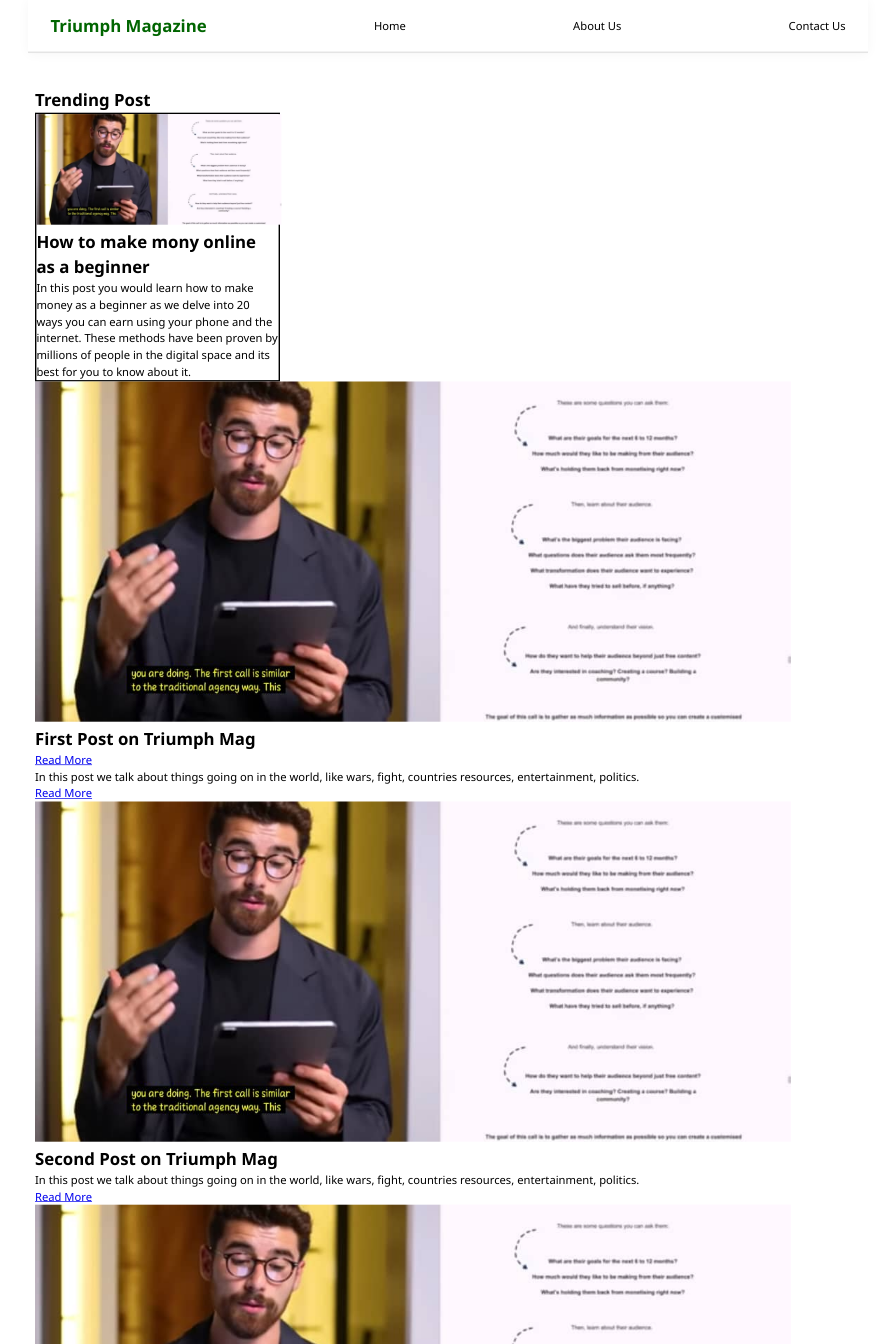
Repository: zikcolle/Triumph-Blog
Page: index.html
These files come from the project's save history. The page is drawn as it stood at one moment and after a run of saves; the edit follows.
The browser window is 1280 px wide. The pictures show the part of the page from y = 0 to 1920 px (the page is 4723 px tall before and 4903 px after), at 70% of full size.

Above is the page before, as saved 2026-06-20 15:34:35.

### index.html
<!DOCTYPE html>
<html lang="en">

<head>
    <meta charset="UTF-8">
    <meta name="viewport" content="width=device-width, initial-scale=1.0">
    <title>Triumph Magazine</title>
    <link rel="stylesheet" href="styles.css">
</head>

<body>
    <header>
        <h2>Triumph Magazine</h2>
            <a href="#">Home</a></li>
            <a href="/about-us">About Us</a>
            <a href="/contact-us">Contact Us</a>
    </header>

    <main>
        <section>
            <div>
                <h2 class="label-post">Trending Post</h2>
            </div>
            <div class="feat-post">
                <img src="simage\postiman.jpeg">
                <h1>How to make mony online as a beginner</h1>
                <p>In this post you would learn how to make money as a beginner as we delve into 20 ways you can earn
                    using your phone and the internet. These methods have been proven by millions of people in the
                    digital space and its best for you to know about it.</p>
            </div>
        </section>

        <section class="post-grid">
            <div class="blog-post">
                <img src="simage\postiman.jpeg">
                <h1>First Post on Triumph Mag</h1><a href="#" class="read-more">Read More</a>
                <p>In this post we talk about things going on in the world, like wars, fight, countries resources,
                    entertainment, politics.</p>
                <a href="#" class="read-more">Read More</a>
            </div>

            <div class="blog-post">
                <img src="simage\postiman.jpeg">
                <h1>Second Post on Triumph Mag</h1>
                <p>In this post we talk about things going on in the world, like wars, fight, countries resources,
                    entertainment, politics.</p>
                <a href="#" class="read-more">Read More</a>
            </div>

            <div class="blog-post">
                <img src="simage\postiman.jpeg">
                <h1>Third Post on Triumph Mag</h1>
                <p>In this post we talk about things going on in the world, like wars, fight, countries resources,
                    entertainment, politics.</p>
                <a href="#" class="read-more">Read More</a>
            </div>

            <div class="blog-post">
                <img src="simage\postiman.jpeg">
                <h1>Fourth Post on Triumph Mag</h1>
                <p>In this post we talk about things going on in the world, like wars, fight, countries resources,
                    entertainment, politics.</p>
                <a href="#" class="read-more">Read More</a>
            </div>

            <div class="blog-post">
                <img src="simage\postiman.jpeg">
                <h1>Fifth Post on Triumph Mag</h1>
                <p>In this post we talk about things going on in the world, like wars, fight, countries resources,
                    entertainment, politics.</p>
                <a href="#" class="read-more">Read More</a>
            </div>

            <div class="blog-post">
                <img src="simage\postiman.jpeg">
                <h1>Sixth Post on Triumph Mag</h1>
                <p>In this post we talk about things going on in the world, like wars, fight, countries resources,
                    entertainment, politics.</p>
                <a href="#" class="read-more">Read More</a>
            </div>

            <div><a href="/blog">View More Posts</a></div>
        </section>

        <section>
            <h2>Related Posts</h2>

            <div class="blog-post">
                <img src="simage\postiman.jpeg">
                <h1><a href="/blog">Sixth Post on Triumph Mag</a></h1>
            </div>
        </section>
    </main>

    <footer>
        <h2>Triumph Magazine</h2>
        <p>© 2026 Triumph Magazine. All rights reserved.</p>
    </footer>

</body>

</html>

### styles.css
* {
    margin: 0;
    box-sizing: border-box;
    scroll-behavior: smooth;
}

body {
    background-color: rgb(255, 255, 255);
    color: rgb(0, 0, 0);
    font-family:'Segoe UI', Tahoma, Geneva, Verdana, sans-serif;
    line-height: 1.5;
}

header {
    position: sticky;
    display: flex;
    justify-content: space-between;
    align-items: center;
    margin: 0 auto;
    max-width: 1200px;
    background-color: rgba(255,255,255,0.92);
    border-bottom: 1px solid rgba(0, 0, 0, 0.213);
    backdrop-filter: blur(20px) saturate(180%);
    -webkit-backdrop-filter: blur(20px) saturate(180%);
    box-shadow: 0 1px 0 rgba(0,0,0,0.04), 0 2px 16px rgba(0,0,0,0.04);
    padding: 1.2rem 2rem;
    top: 0;
    z-index: 100;
    color: rgb(0, 101, 0);
}

header a {
    text-decoration: none;
    color: rgb(0, 0, 0);
}

header a:hover {
    text-decoration: none;
    color: rgb(0, 101, 0);
    text-decoration: underline;
}

main {
    padding: 50px;
}
.feat-post {
    background-color: rgb(255, 255, 255);
    border: 2px solid rgb(0, 0, 0);
    max-width: 350px;
}

.feat-post img {
    max-width: 350px;
}

After the next 2 saves:
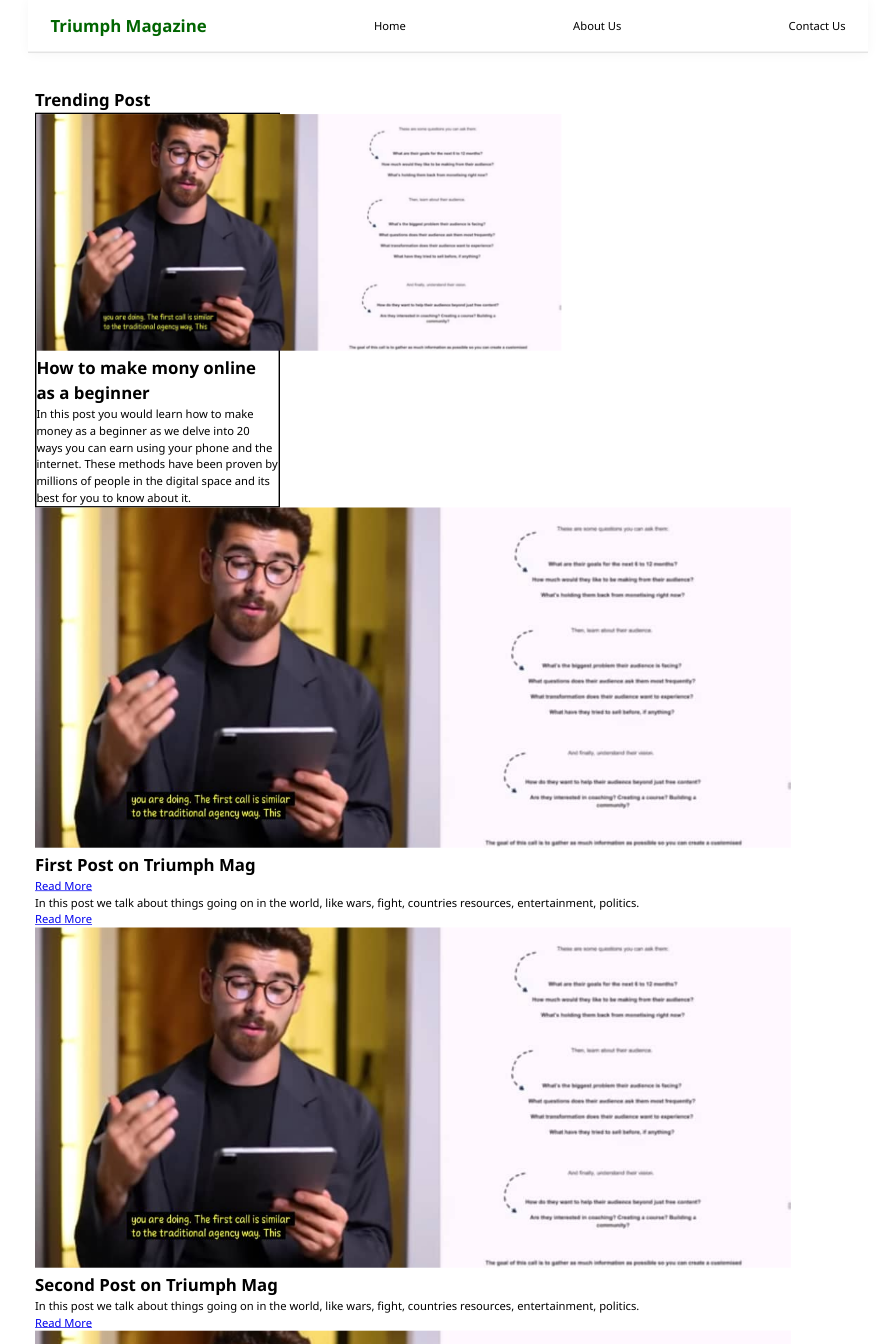
The 2 saves are shown as one change because they came seconds apart.
The last was saved 92 s later.
--- a/styles.css
+++ b/styles.css
@@ -50,5 +50,5 @@ main {
 }
 
 .feat-post img {
-    max-width: 350px;
+    max-width: 750px;
 }
